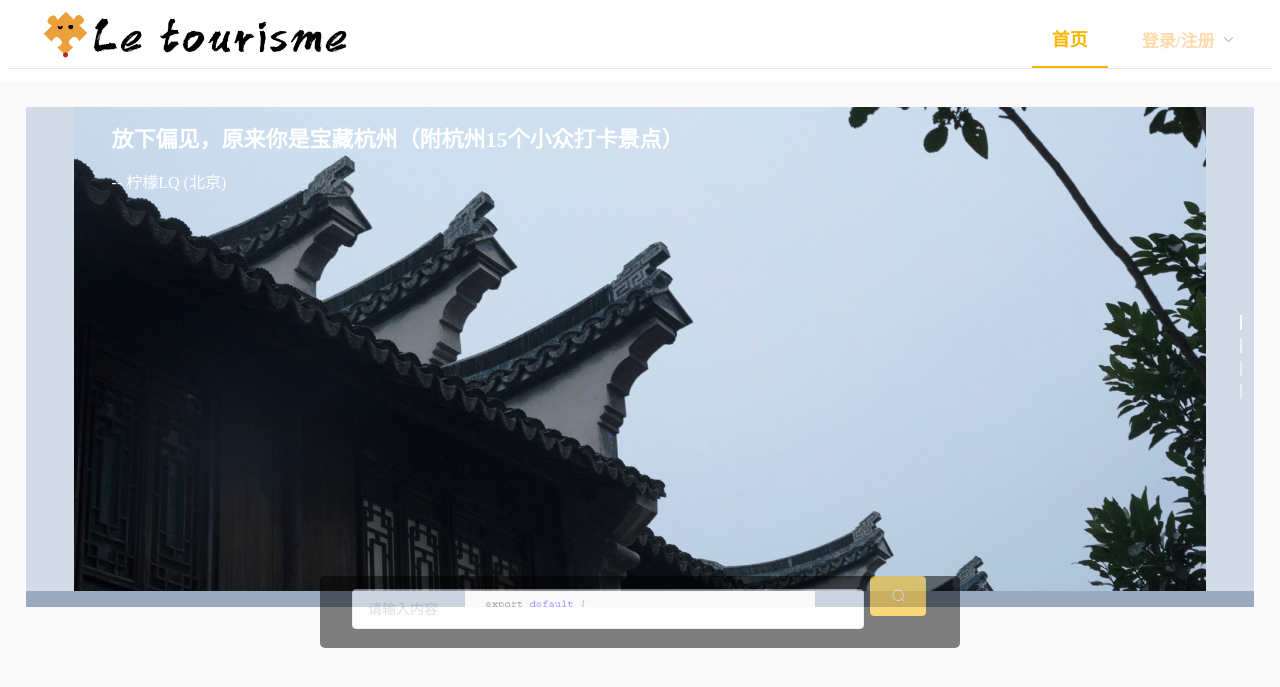
Repository: linxuerou0129/2020.08.31
Page: /
These files come from the project's save history. The page is drawn as it stood at one moment and after the next save; the edit follows.
The browser window is 1280 px wide. The pictures show the whole page.
The page's requests for data from a server got no answer. The project was rebuilt for these pictures with package versions that can differ from the ones it lists, and the page was loaded fresh each time. No one was signed in, and anything a server would have sent is missing.

Above is the page before, as saved 2020-09-01 01:21:57.

After the next save:
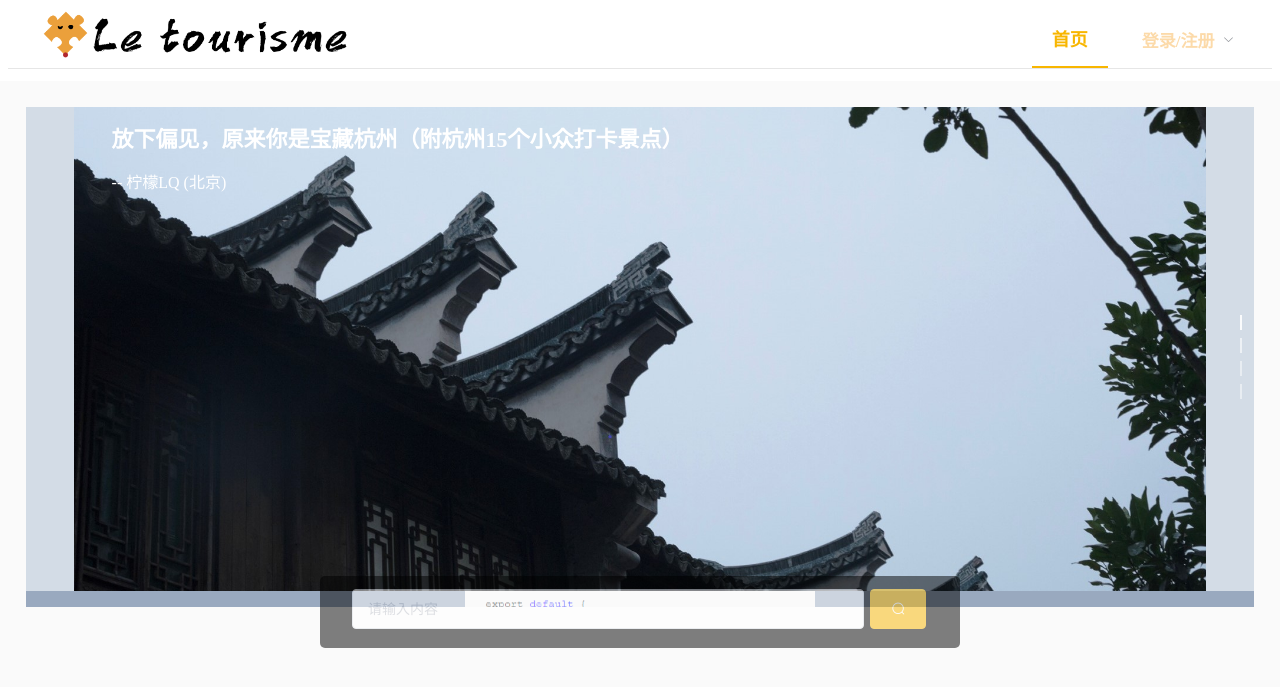
Saved 30 s later.
--- a/src/views/Home.vue
+++ b/src/views/Home.vue
@@ -24,7 +24,7 @@
         v-model="input"
         clearable class="input">
       </el-input>
-      <el-button type="primary" icon="el-icon-search" style="margin-left:6%;height:40px"></el-button>
+      <el-button type="primary" icon="el-icon-search" style="margin-left:6%;height:40px;margin-top:2%"></el-button>
     </div>
   </div>
 </template>
